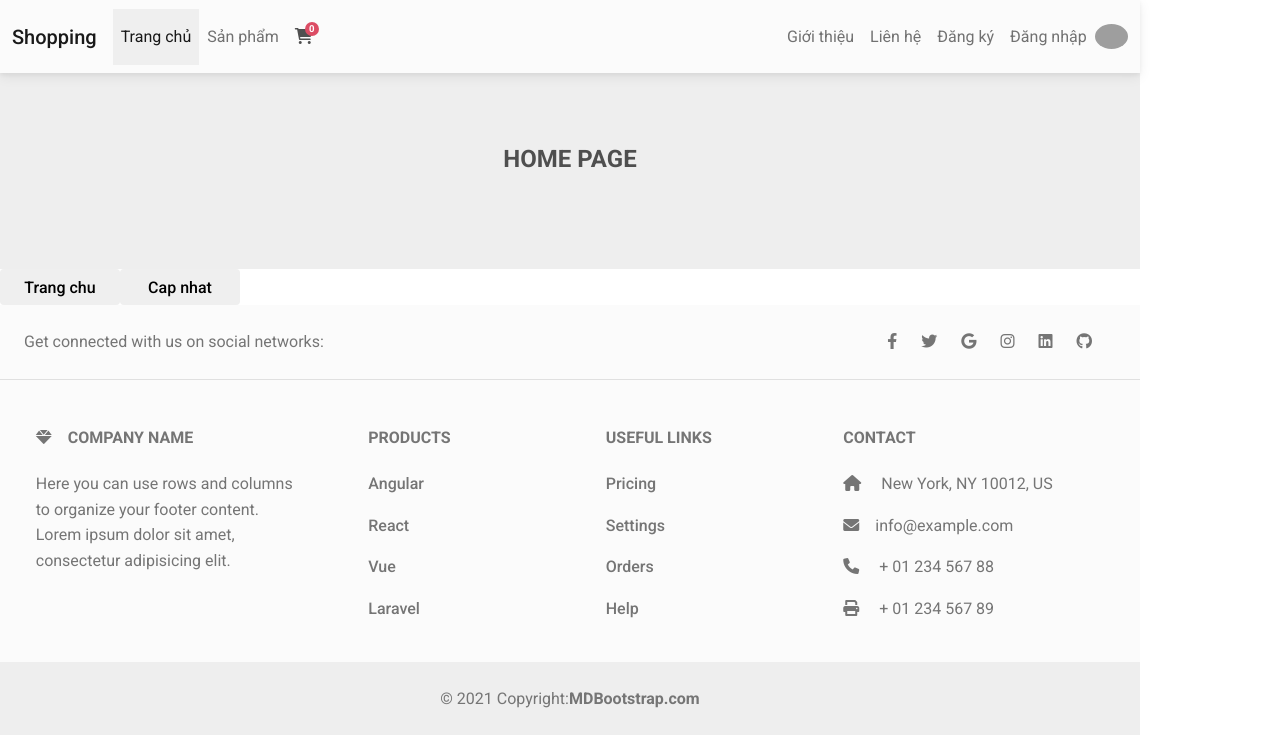
Repository: TinhTT336/MD02_Session10
Page: /
An editor plug-in stored every save of this project. The page is shown before and after the next save, followed by the edit.
The browser window is 1280 px wide. The pictures show the whole page.
Pictures or frames that could not be fetched are drawn as grey boxes. Some web libraries are served in a nearby version. The project was rebuilt for these pictures with package versions that can differ from the ones it lists, and the page was loaded fresh each time. Also part of the build but not shown: vite.config.js, src/common/formatMoney.js, src/actions/cartActions.js, src/pages/ListProduct.jsx, src/pages/Cart.jsx, src/components/base/backtop/backtop.css, src/components/base/backtop/BackToTop.jsx, src/pages/About.jsx and 4 more.

Above is the page before, as saved 2023-09-08 14:40:45.

After the next save:
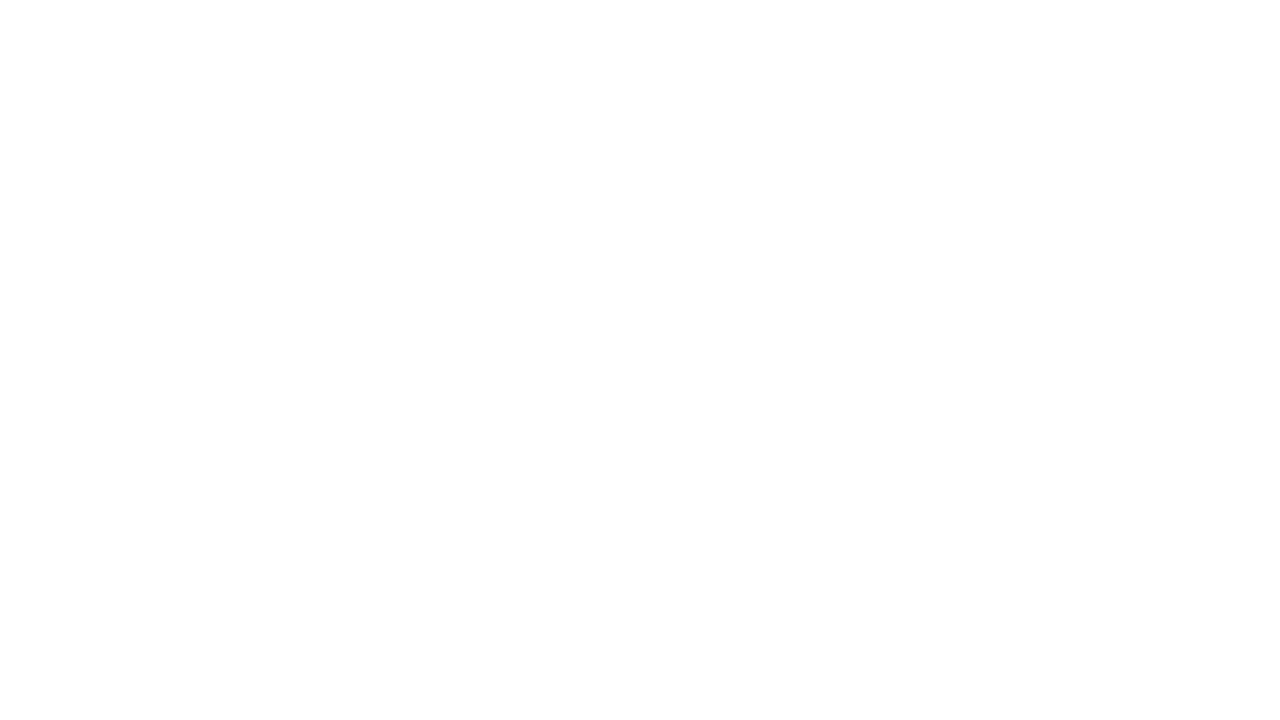
Console error: ReferenceError: primary is not defined
Saved 38 s later.
--- a/src/pages/Home.jsx
+++ b/src/pages/Home.jsx
@@ -14,7 +14,7 @@
                     </h4>
                 </div>
             </section>
-            <Button title={"Trang chu"} size={120} />
+            <Button title={"Trang chu"} size={120} type={primary} />
             <Button title={"Cap nhat"} size={120} />
             <Footer />
         </div>

After the 4 saves that followed:
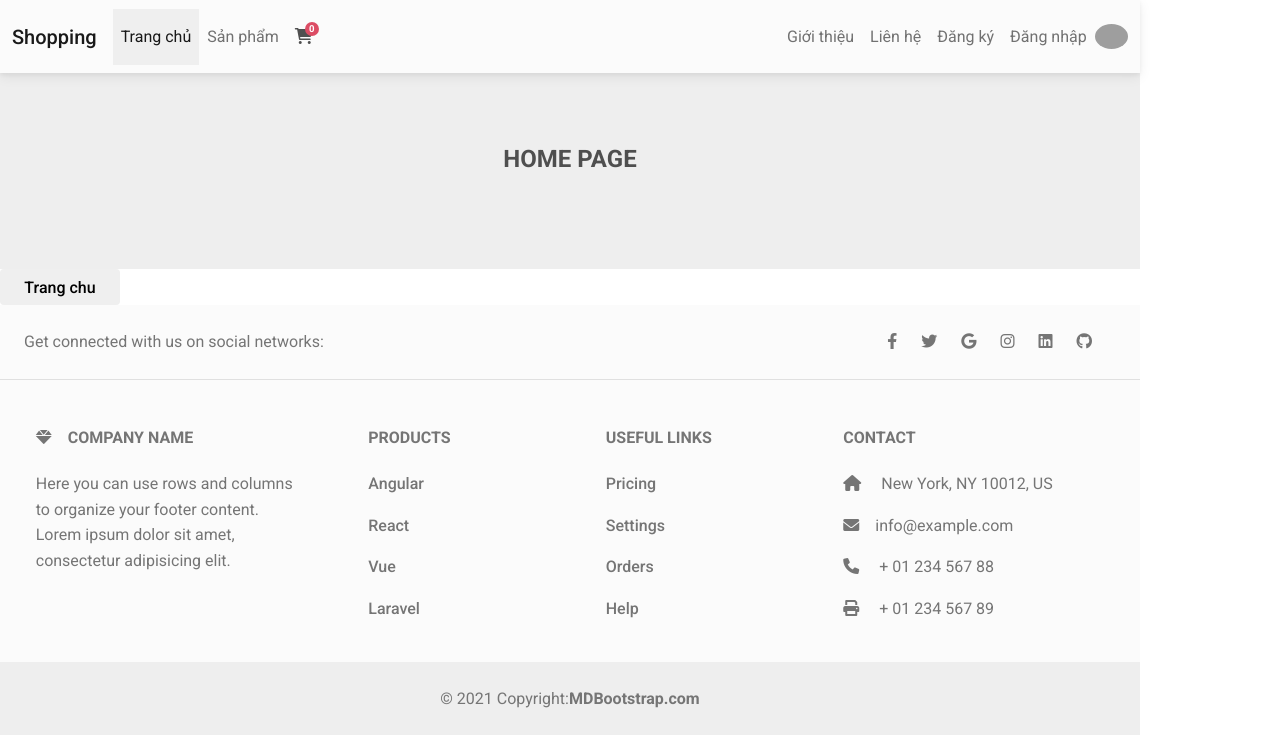
The error is gone.
The 4 saves are shown as one change because 3 left the picture as it was.
The last was saved 4 min 44 s later.
--- a/src/pages/Home.jsx
+++ b/src/pages/Home.jsx
@@ -14,8 +14,8 @@
                     </h4>
                 </div>
             </section>
-            <Button title={"Trang chu"} size={120} type={primary} />
-            <Button title={"Cap nhat"} size={120} />
+            <Button title={"Trang chu"} size={120} type={"primary"} />
+            {/* <Button title={"Cap nhat"} size={120} /> */}
             <Footer />
         </div>
     )
--- a/src/components/base/button/Button.jsx
+++ b/src/components/base/button/Button.jsx
@@ -1,13 +1,13 @@
 import React from 'react';
 import "./button.css";
 
-export default function Button({ title, size }) {
+export default function Button({ title, size, type }) {
     const styleObj = {
         width: size + "px",
     }
     return (
         <>
-            <button style={styleObj} className='t-button'>
+            <button style={styleObj} className={`t-button t-button-${type}`}>
                 {title}
             </button>
         </>
